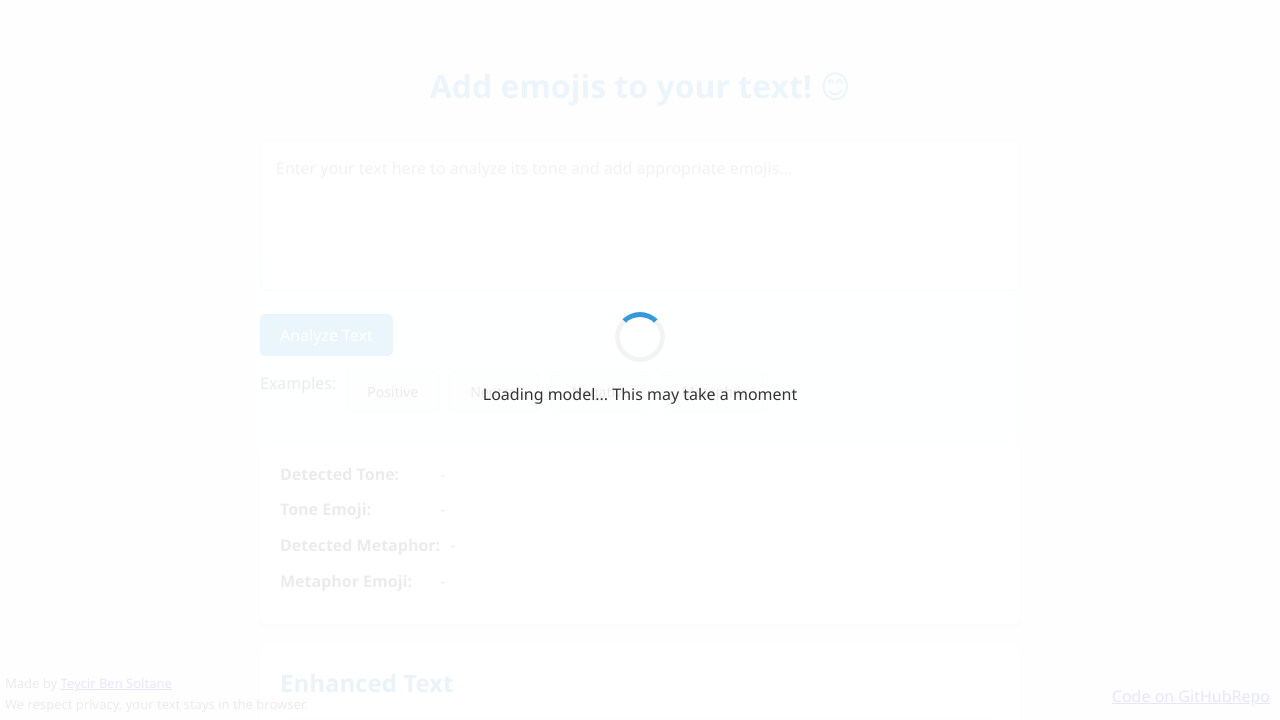
Repository: Teycir/emojiadder
Page: index.html
These files come from the project's save history. The page is drawn as it stood at one moment and after the next save; the edit follows.
The browser window is 1280 px wide. The pictures show the window.
A layer covers the whole window, so only the first screen is drawn.

Above is the page before, as saved 2025-03-23 12:07:29.

After the next save:
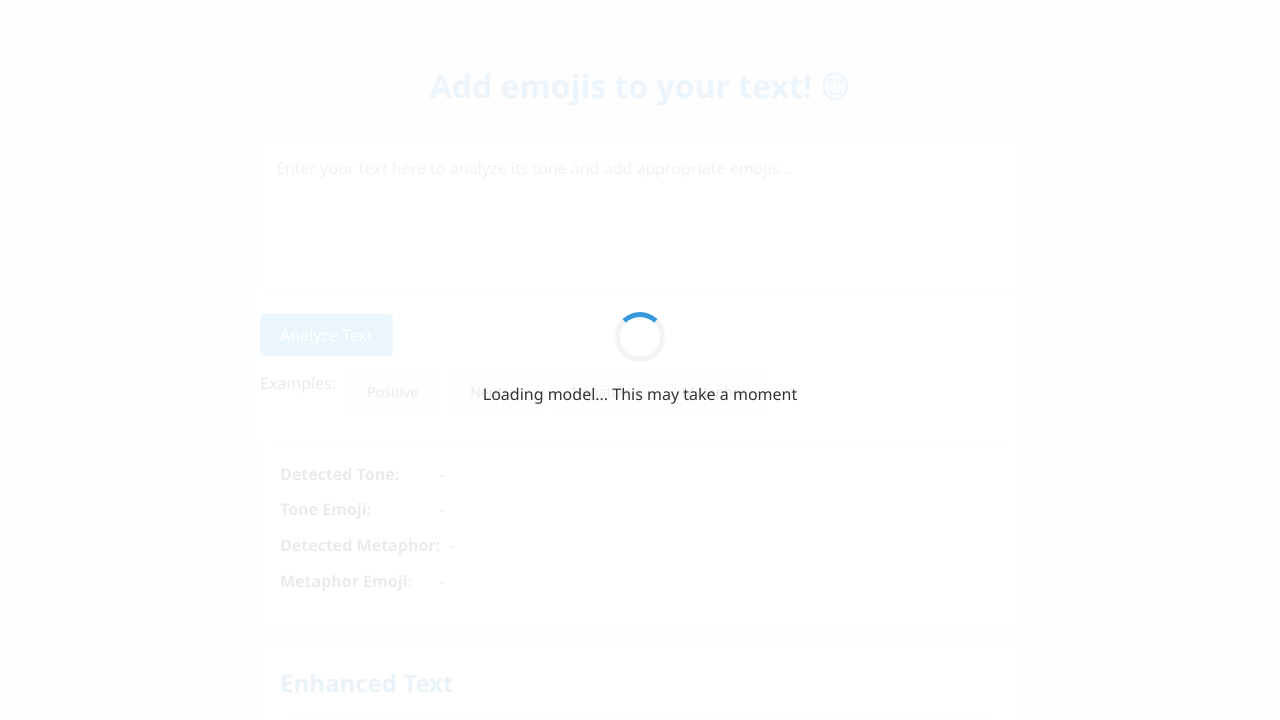
Saved 4 min 43 s later.
--- a/index.html
+++ b/index.html
@@ -61,15 +61,6 @@
 
     <!-- Note the type="module" to use ES modules (modules are deferred by default) -->
     <script type="module" src="./script.js"></script>
-    <div style="position: fixed; bottom: 0; left: 0; font-size: small; margin: 5px;">
-        Made by <a href="https://www.teycirbensoltane.tn">Teycir Ben Soltane</a><br>
-        We respect privacy, your text stays in the browser.
-    </div>
-    <a href="https://github.com/Teycir/emojiadder" style="position: fixed; bottom: 10px; right: 10px;">
-        Code on
-        GitHubRepo
-    </a>
-    </div>
 </body>
 
 </html>
